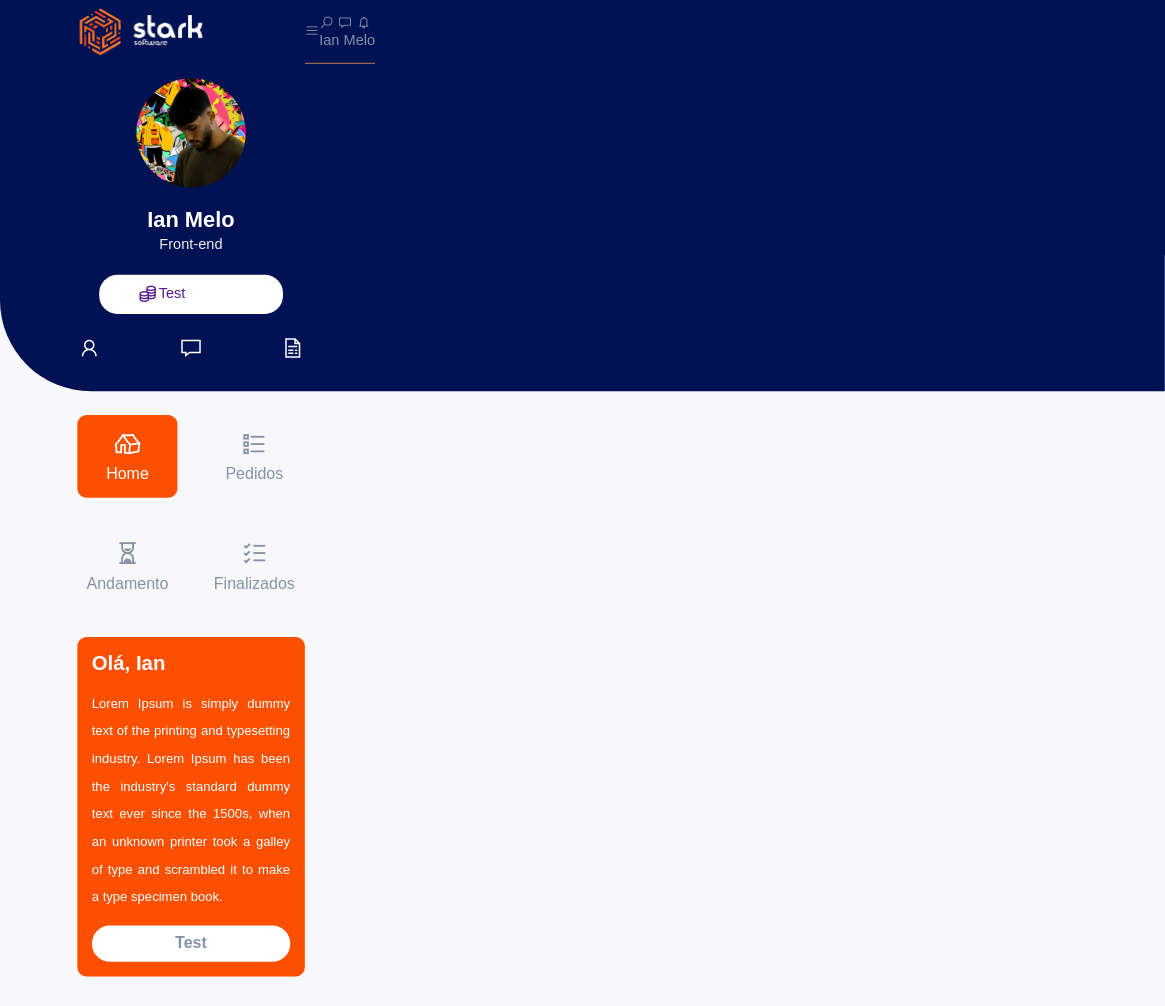
Repository: ichumbo/StarkDashboard
Page: index.html
An editor plug-in stored every save of this project. The page is shown before and after the next save, followed by the edit.
The browser window is 1280 px wide. The pictures show the whole page, at 91% of full size.
Pictures or frames that could not be fetched are drawn as grey boxes.

Above is the page before, as saved 2023-06-06 19:54:04.

### index.html
<!DOCTYPE html>
<html lang="pt-br">
<head>

    <meta charset="UTF-8">
    <meta http-equiv="X-UA-Compatible" content="IE=edge">
    <meta name="viewport" content="width=device-width, initial-scale=1.0">
    <title>Stark</title>
    <!--CSS-->
    <link rel="stylesheet" href="css/style.css">
    <!--Icons-->
    <link rel="stylesheet" href="https://maxst.icons8.com/vue-static/landings/line-awesome/font-awesome-line-awesome/css/all.min.css">
    <link rel="stylesheet" href="https://maxst.icons8.com/vue-static/landings/line-awesome/line-awesome/1.3.0/css/line-awesome.min.css">

</head>
<body>
<!-------------------------------------------------Perfil------------------------------------------------------>
    <div class="page-wrapper">
        <input type="checkbox" name="" id="menu-toggle">

        <div class="sidebar">
            <div class="brand">
                <img src="./img/blackicon.png" alt="stark" class="icon-header">
            </div>

            <div class="profile-card">
                <div class="profile-img">
                    <img src="./img/iconphoto.png" alt="Perfil" class="photo-header">
                </div>
                <div class="profile-info">
                    <h2>Ian Melo</h2>
                    <small>Front-end</small>
                </div>
                <div class="profile-action">
                    <a href="" class="btn btn-white">
                        <span class="las la-coins"></span>
                        Test
                    </a>
                </div>
                <div class="profile-icons">
                    <span class="las la-user"></span>
                    <span class="las la-comment-alt"></span>
                    <span class="las la-file-invoice"></span>
                </div>
            </div>

<!-----------------------------------------------------Menu---------------------------------------------------->

            <div class="sidebar-menu">
                <div class="menu-item">
                    <a href="" class="active">
                        <span class="las la-campground"></span>
                        <span>Home</span>
                    </a>
                </div>

                <div class="menu-item">
                    <a href="">
                        <span class="las la-list"></span>
                        <span>Pedidos</span>
                    </a>
                </div>

                <div class="menu-item">
                    <a href="">
                        <span class="las la-hourglass-half"></span>
                        <span>Andamento</span>
                    </a>
                </div>

                <div class="menu-item">
                    <a href="">
                        <span class="las la-list-alt"></span>
                        <span>Finalizados</span>
                    </a>
                </div>

            </div>

<!-------------------------------------------------Cards------------------------------------------------------->
            <div class="sidebar-card">
                <h3>Olá, Ian</h3>
                <p>Lorem Ipsum is simply dummy text of the printing and typesetting industry. Lorem Ipsum has been the industry's standard dummy text ever since the 1500s, when an unknown printer took a galley of type and scrambled it to make a type specimen book.
                </p>
                <a href="" class="btn btn-block btn-white">Test</a>
            </div>
        </div>

<!-------------------------------------------------Header------------------------------------------------------>
        <div class="main-content">
            <header>
                <label for="menu-toggle">
                    <span class="las la-bars"></span>
                </label>

                <div class="head-icons">
                    <span class="las la-search"></span>
                    <span class="las la-comment-alt"></span>
                    <span class="las la-bell"></span>
                    <div class="head-avartar">
                        <div class="avatar" style="background-image: url(img/1.jpeg)"></div>
                    </div>
                    <span>Ian Melo</span>
                </div>
            </header>

<!--------------------------------------------------Main--------------------------------------------------------->
            <main>

            </main>
        </div>
    </div>
</body>
</html>

### css/style.css
@import url(./global.css);
@import url(./color.css);
@import url(./sidebar.css);
@import url(./header.css);

/*------------------------------------------------------------------------------------------------------------------------------------------*/

#menu-toggle {
    display: none;
}

### css/global.css
@import url('https://fonts.googleapis.com');

* {
    font-family: 'Nunito', sans-serif;
    text-decoration: none;
    list-style-type: none;
    padding: 0;
    margin: 0;
    box-sizing: border-box;
}

body {
    color: var(--main-text);
    background: var(--bg-body);
}

.icon-header {
    width: 140px;
}

.photo-header {
    width: 120px;

}

.btn {
    border: none;
    outline: none;
    border-radius: 20px;
    padding: .6rem 2rem;
    display: flex;
    align-items: center;
}

.btn-white {
    background: var(--color-white);
}

.btn span {
    font-size: 1.5rem;
    display: inline-block;
    margin-left: .6rem;
}

.page-wrapper {
    width: 93%;
    margin: auto;
    display: flex;
}

.page-wrapper::before {
    content: "";
    width: 100%;
    height: 430px;
    position: absolute;
    left: 0;
    top: 0;
    background: var(--color-3);
    z-index: -1;
    border-radius: 0px 0px 0px 100px;
}

### css/color.css
:root {
    --color-main: #FC4F00;
    --color-secondary: #E57C23;
    --color-3: #001253;
    --color-dark: #100F0F;
    --color-dark-secundary: #181823;
    --bg-body: #F8F8FB;
    --color-white: #FFFFFF;
    --main-accent: #DC8449;
    --main-text: #8492A6;
    --success: #28A745;
    --danger: #DC3545;
    --shadow: rgba(0, 0, 0, 0.15) 0px 2px 8px;
}

### css/sidebar.css
.sidebar {
    width: 250px;
    margin-left: 40px;
}

.brand {
    height: 70px;
    display: flex;
    align-items: center;
}

.brand h3 {
    font-size: 1.8rem;
    color: var(--color-white);
}

/*-----------------------------------------------PROFILE----------------------------------------------*/

.profile-card {
    text-align: center;
    margin: 1rem 0rem;
}

.profile-img {
    height: 120px;
    width: 120px;
    border-radius: 50%;
    margin: auto;
    background-size: cover;
    background-repeat: no-repeat;
    margin-bottom: 1.3rem;
}

.profile-info {
    color: var(--color-white);
}

.profile-info h2 {
    margin-bottom: .3rem;
}

.profile-info small {
    font-size: 1rem;
    color: #EFEFEF;
}

.profile-action {
    margin: 1.5rem;
}

.profile-icons {
    display: flex;
    justify-content: space-between;
    align-items: center;
    margin-bottom: 3.8rem;
}

.profile-icons span {
    display: inline-block;
    color: var(--color-white);
    font-size: 1.65rem;
}

/*-----------------------------------------------MENU----------------------------------------------*/

.sidebar-menu {
    display: grid;
    grid-template-columns: repeat(2, 1fr);
    grid-gap: 1.8rem;
}

.menu-item a {
    display: block;
    width: 100%;
    padding: 1rem 0rem;
   border-radius: 10px;
}

.menu-item a span {
    display: block;
    text-align: center;
    color: var(--main-text);
    font-size: 1.1rem;
}

.menu-item a span:first-child {
    font-size: 2rem;
    margin-bottom: .4rem;
}

.menu-item a.active {
    background: var(--color-main);
}

.menu-item a.active span {
    color: var(--color-white);
}

/*-----------------------------------------------Cards----------------------------------------------*/

.sidebar-card {
    padding: 1rem;
    border-radius: 10px;
    background: var(--color-main);
    margin: 2rem 0rem;
    color: var(--color-white);
}

.sidebar-card h3 {
    margin-bottom: 1rem;
    font-size: 1.4rem;
}

.sidebar-card p {
    line-height: 1.9rem;
    margin-bottom: 1rem;
    font-size: .9rem;
    text-align: justify;
}

.sidebar-card a {
    text-align: center;
    font-weight: 600;
    color: var(--main-text);
    display: block;
    font-size: 1.1rem;
}

### css/header.css
main-content {
    padding: 0 40px;
    flex: 1;
}

header {
    display: flex;
    justify-content: space-between;
    align-items: center;
    height: 70px;
    border-bottom: 1px solid var( --main-accent)
}

After the next save:
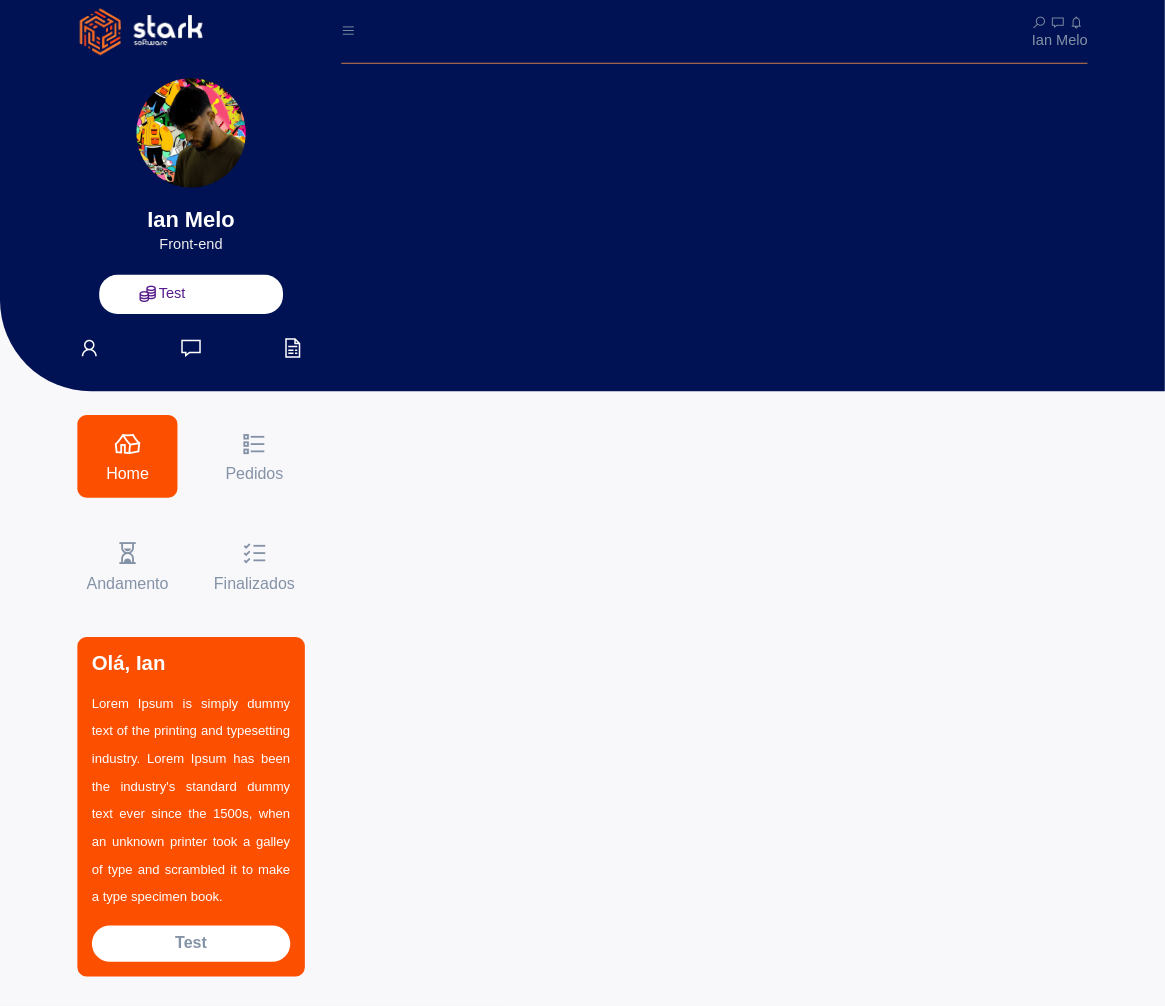
Saved 54 s later.
--- a/css/header.css
+++ b/css/header.css
@@ -1,4 +1,4 @@
-main-content {
+.main-content {
     padding: 0 40px;
     flex: 1;
 }
